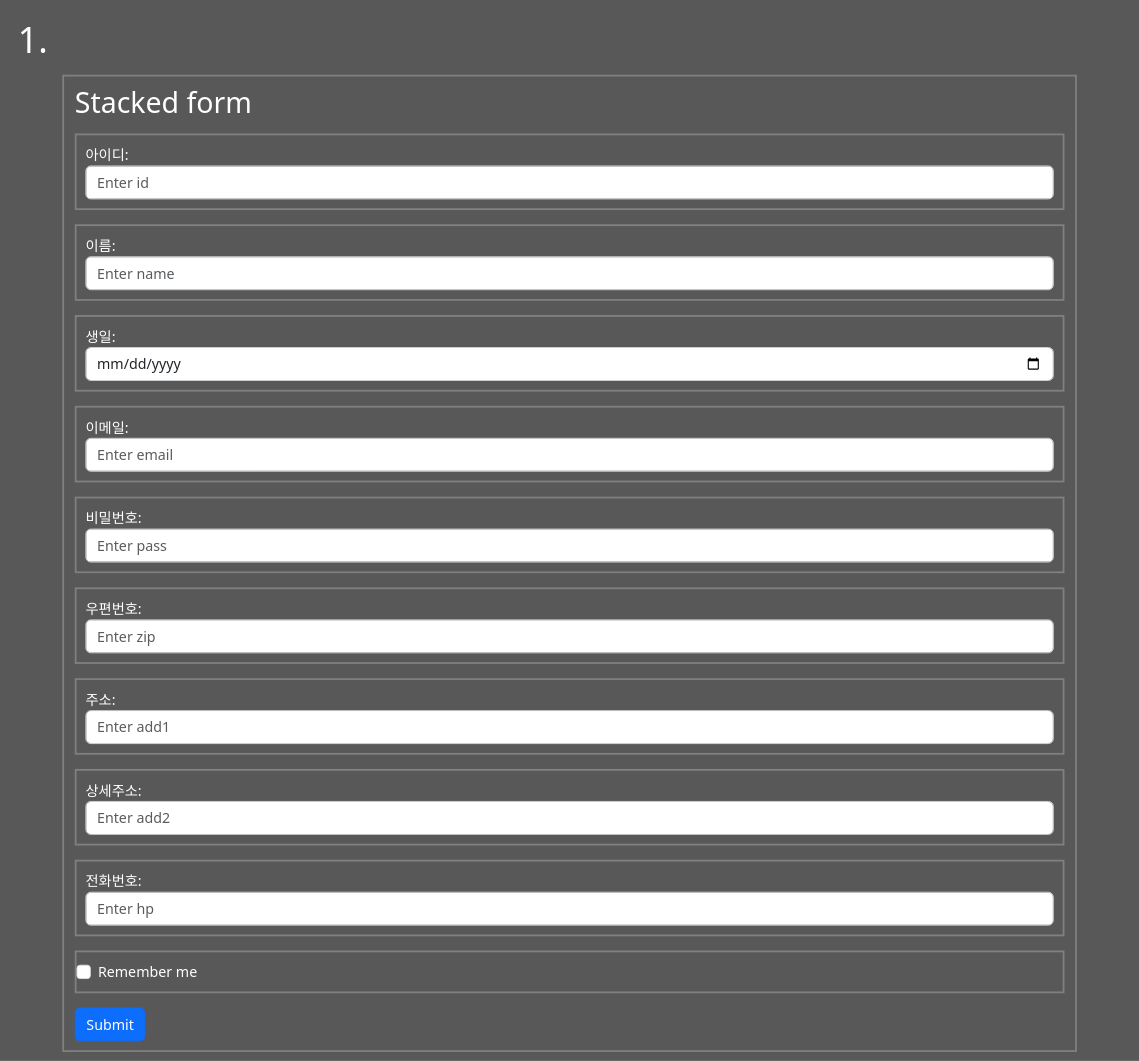
Repository: prawniel99/05_JQuery
Page: workspace/jqpro/WebContent/비동기6_ajax/join.html
These files come from the project's save history. The page is drawn as it stood at one moment and after the next save; the edit follows.
The browser window is 1280 px wide. The pictures show the whole page, at 89% of full size.

Above is the page before, as saved 2024-08-29 03:19:03.

### workspace/jqpro/WebContent/비동기6_ajax/join.html
<!DOCTYPE html>
<html lang="kr">
<head>
    <meta charset="UTF-8">
    <meta name="viewport" content="width=device-width, initial-scale=1.0">
    <title>Document</title>

    <link rel="stylesheet" href="../css/public.css">
    <script src="../js/jquery-3.7.1.js"></script>

    <!-- bootstrap -->
    <meta name="viewport" content="width=device-width, initial-scale=1">
	<link href="https://cdn.jsdelivr.net/npm/bootstrap@5.3.3/dist/css/bootstrap.min.css" rel="stylesheet">
	<script src="https://cdn.jsdelivr.net/npm/bootstrap@5.3.3/dist/js/bootstrap.bundle.min.js"></script>


	<style>

		body {
			color: white;
		}
	</style>

	<script>

	</script>

</head>

<body>

    <div class="box">
        <h1>
			1.
        </h1>

		<div class="container mt-3">
			<h2>Stacked form</h2>
			<form>
				<div class="mb-3 mt-3">
					<label for="id">아이디:</label>
					<input type="text" class="form-control" id="id" placeholder="Enter id" name="mem_id"> <!-- name은 db와 일치시킨 VO와 일치시켜야 한다 -->
				</div>

				<div class="mb-3 mt-3">
					<label for="name">이름:</label>
					<input type="text" class="form-control" id="name" placeholder="Enter name" name="mem_name"> <!-- name은 db와 일치시킨 VO와 일치시켜야 한다 -->
				</div>

				<div class="mb-3 mt-3">
					<label for="bir">생일:</label>
					<input type="date" class="form-control" id="bir" placeholder="Enter bir" name="mem_bir"> <!-- name은 db와 일치시킨 VO와 일치시켜야 한다 -->
				</div>

				<div class="mb-3 mt-3">
					<label for="email">이메일:</label>
					<input type="email" class="form-control" id="email" placeholder="Enter email" name="mem_mail"> <!-- name은 db와 일치시킨 VO와 일치시켜야 한다 -->
				</div>

				<div class="mb-3">
					<label for="pass">비밀번호:</label>
					<input type="password" class="form-control" id="pass" placeholder="Enter pass" name="pass">
				</div>

				<div class="mb-3 mt-3">
					<label for="zip">우편번호:</label>
					<input type="text" class="form-control" id="zip" placeholder="Enter zip" name="mem_zip"> <!-- name은 db와 일치시킨 VO와 일치시켜야 한다 -->
				</div>

				<div class="mb-3 mt-3">
					<label for="add1">주소:</label>
					<input type="text" class="form-control" id="add1" placeholder="Enter add1" name="mem_add1"> <!-- name은 db와 일치시킨 VO와 일치시켜야 한다 -->
				</div>

				<div class="mb-3 mt-3">
					<label for="add2">상세주소:</label>
					<input type="text" class="form-control" id="add2" placeholder="Enter add2" name="mem_add2"> <!-- name은 db와 일치시킨 VO와 일치시켜야 한다 -->
				</div>

				<div class="mb-3 mt-3">
					<label for="hp">전화번호:</label>
					<input type="text" class="form-control" id="hp" placeholder="Enter hp" name="mem_hp"> <!-- name은 db와 일치시킨 VO와 일치시켜야 한다 -->
				</div>

				<div class="form-check mb-3">
					<label class="form-check-label"> <input class="form-check-input" type="checkbox" name="remember">Remember me</label>
				</div>

				<button type="button" class="btn btn-primary">Submit</button>
			</form>
		</div>

	</div>

</body>
</html>

### workspace/jqpro/WebContent/css/public.css
@charset "UTF-8";

body {
	background-color: black;
	color: rgb(233, 233, 233);
}

pre {
	text-align: left;
	font-weight: bold;
	border-left: none;
	border-right: none;
	border-top: 11px double rgba(120,20,20,1);
	border-bottom: 11px double rgba(120,20,20,1);
	background: rgb(222,222,222);
}

h1 {
	padding-left: 10px;
	padding-top: 10px;
}

h3 {
	margin: 10px;
	margin-bottom: 10px;
}

div {
	border: 2px solid grey;
	padding: 10px;
	/* margin: 10px; */
}

.box {
	border: none;
	/* background-image: linear-gradient(rgba(255,155,155), rgba(155,255,155)); */
	background-color: rgb(88, 88, 88);
	/* margin: 10px; */
	/* padding: 20px; */
}

.box input[type=button] {
	margin: 10px;
	background: rgb(40,40,40);
	color: rgb(233, 233, 233);
	font-size: 14px;
	/* padding: 0; */
	width: 100px;
	height: 30px;
	/* border-radius: 10px; */
}


#res {
	display: flex;
	flex-direction: row;
}

.item {
	flex: 25%;
	margin: 3px;
	padding: 2px;
}

Loaded but not shown: workspace/jqpro/WebContent/js/jquery-3.7.1.js (library)

After the next save:
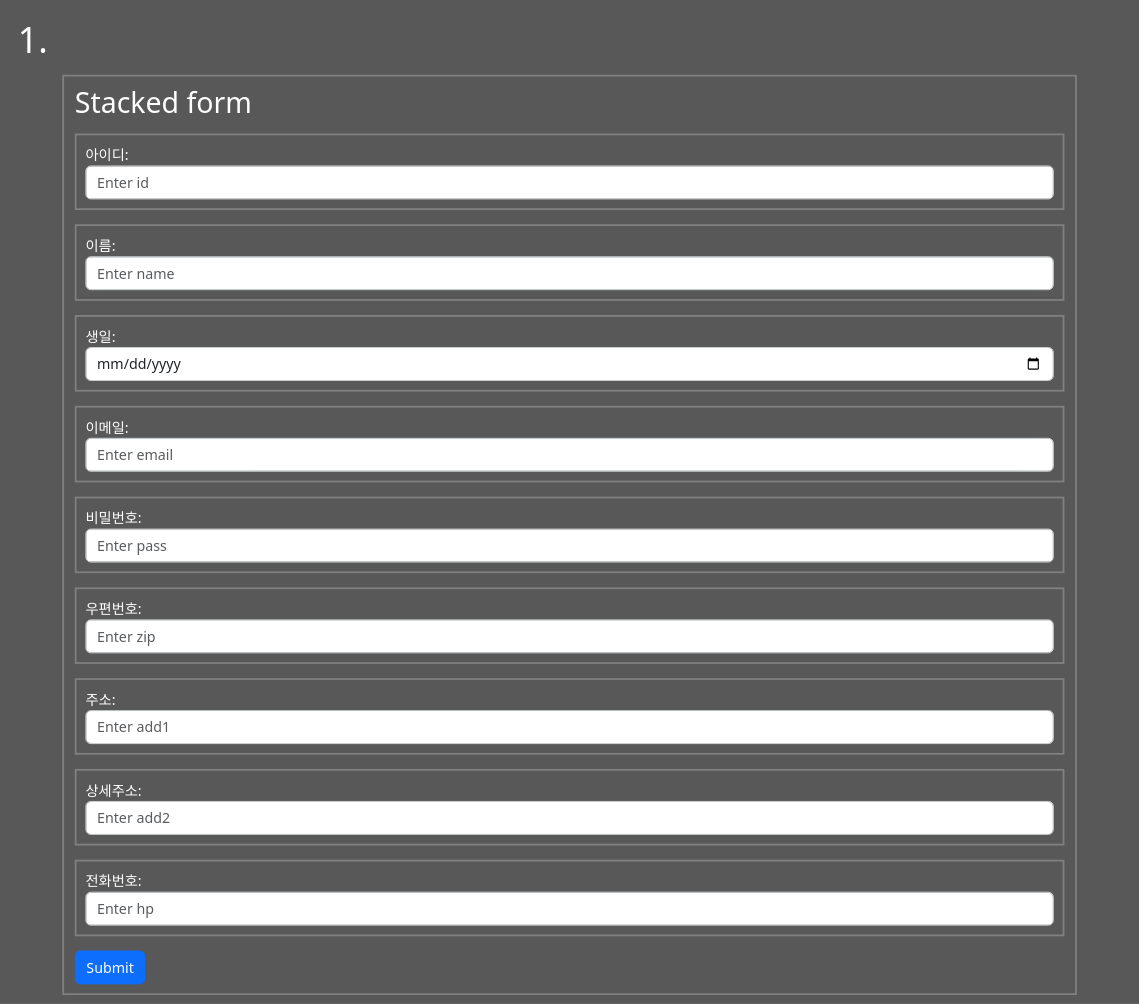
Saved 14 s later.
--- a/workspace/jqpro/WebContent/비동기6_ajax/join.html
+++ b/workspace/jqpro/WebContent/비동기6_ajax/join.html
@@ -82,10 +82,6 @@
 					<input type="text" class="form-control" id="hp" placeholder="Enter hp" name="mem_hp"> <!-- name은 db와 일치시킨 VO와 일치시켜야 한다 -->
 				</div>
 
-				<div class="form-check mb-3">
-					<label class="form-check-label"> <input class="form-check-input" type="checkbox" name="remember">Remember me</label>
-				</div>
-
 				<button type="button" class="btn btn-primary">Submit</button>
 			</form>
 		</div>
